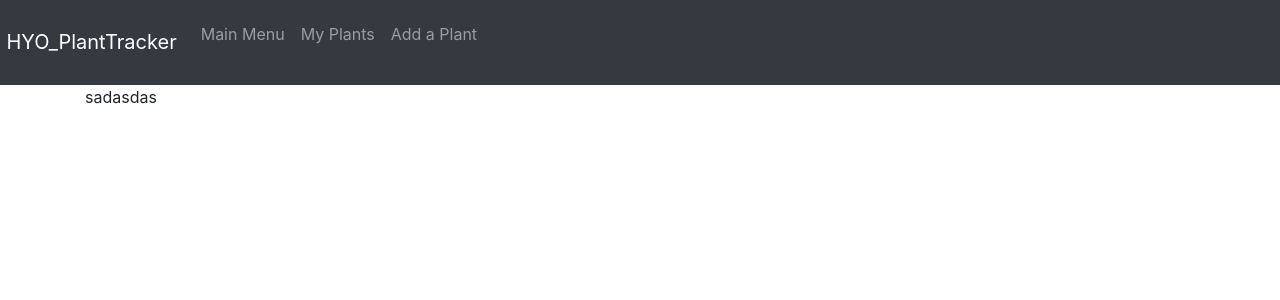
Repository: emersonwilliams/HYO_PlantTracker
Page: capstone_app/plant_tracker/templates/myplants.html
These files come from the project's save history. The page is drawn as it stood at one moment and after a run of saves; the edit follows.
The browser window is 1280 px wide. The pictures show the whole page.

Above is the page before, as saved 2020-08-02 00:00:53.

After the next 2 saves:
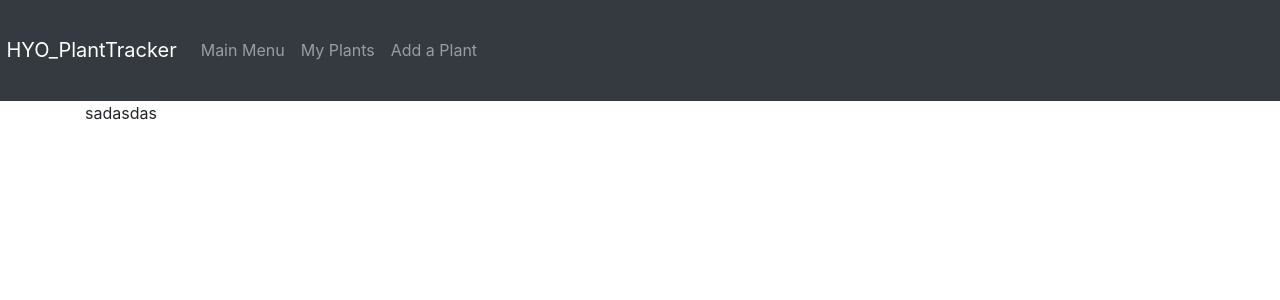
The 2 saves are shown as one change because they came seconds apart.
The last was saved 10 s later.
--- a/capstone_app/plant_tracker/static/css/myplants.css
+++ b/capstone_app/plant_tracker/static/css/myplants.css
@@ -2,5 +2,5 @@
     padding: 0.4em 0.4em 0.4em 0.4em;
 }
 .op1{
-    padding: 1em 2em 2em 1em;
+    padding: 2em 2em 2em 2em;
 }
